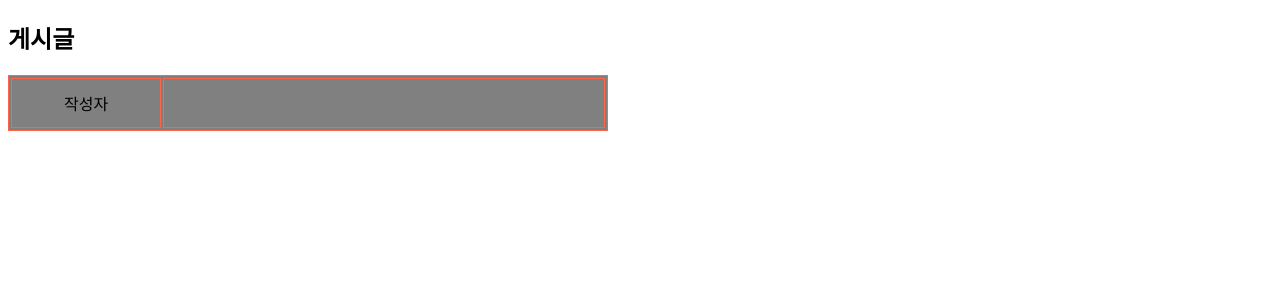
Repository: BartsimisraB/JavaPractice_
Page: http://localhost/A01_16_3/boardform.jsp
An editor plug-in stored every save of this project. The page is shown before and after the next save, followed by the edit.
The browser window is 1280 px wide. The pictures show the whole page.
The page is served by Tomcat 9.

Above is the page before, as saved 2023-01-16 06:55:55.

After the next save:
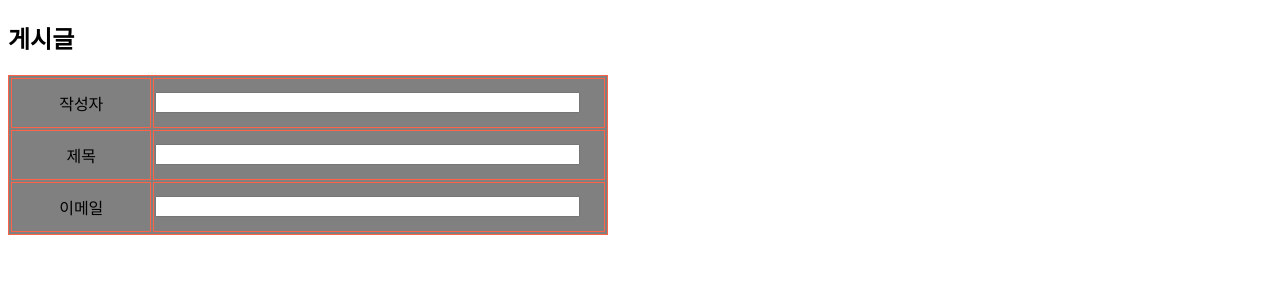
Saved 110 s later.
--- a/A01_16_3/src/main/webapp/boardform.jsp
+++ b/A01_16_3/src/main/webapp/boardform.jsp
@@ -12,8 +12,15 @@
 	<table width="600" border="1" bordercolor="tomato" bgcolor="gray">
 		<tr height="50">
 			<td width="150" align="center">작성자</td>
-			<td width="450" align="center"></td>
-
+			<td width="450"><input type="text" name="writer" size="50"></td>
+		</tr>
+		<tr height="50">
+			<td width="150" align="center">제목</td>
+			<td width="450"><input type="text" name="subject" size="50"></td>
+		</tr>
+		<tr height="50">
+			<td width="150" align="center">이메일</td>
+			<td width="450"><input type="email" name="email" size="50"></td>
 		</tr>
 	</table>
 </form>
